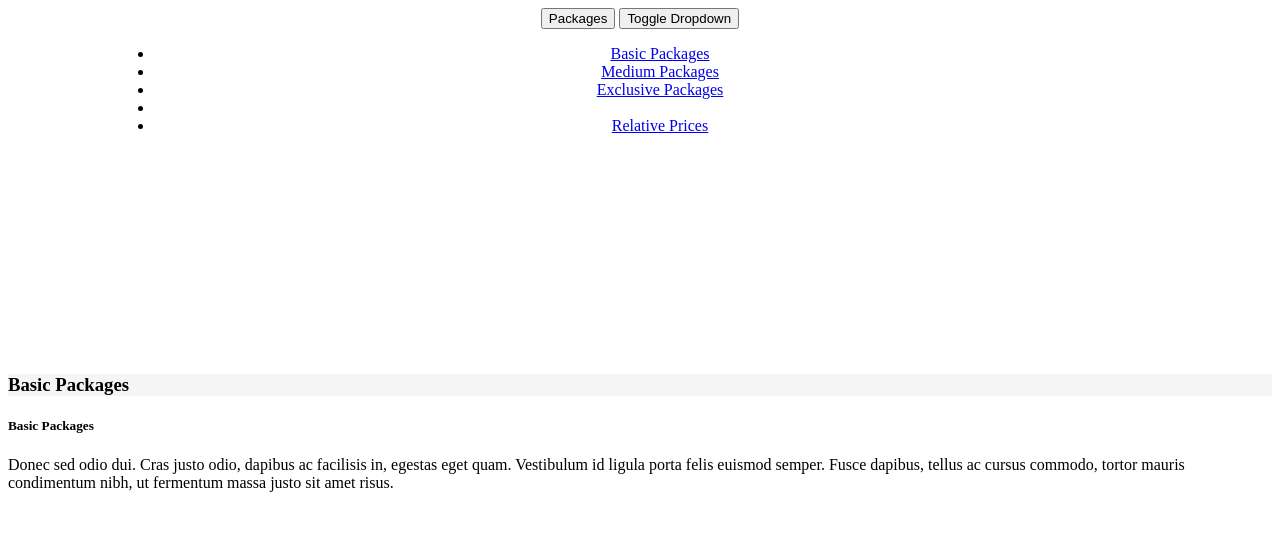
Repository: netaosman/Price-try-course
Page: prixceFrontEnd/src/main/webapp/Prixce_FrontEnd/HTML/Market/pricesPack/BasicPackages.html
An editor plug-in stored every save of this project. The page is shown before and after the next save, followed by the edit.
The browser window is 1280 px wide. The pictures show the whole page.

Above is the page before, as saved 2017-09-23 23:39:36.

After the next save:
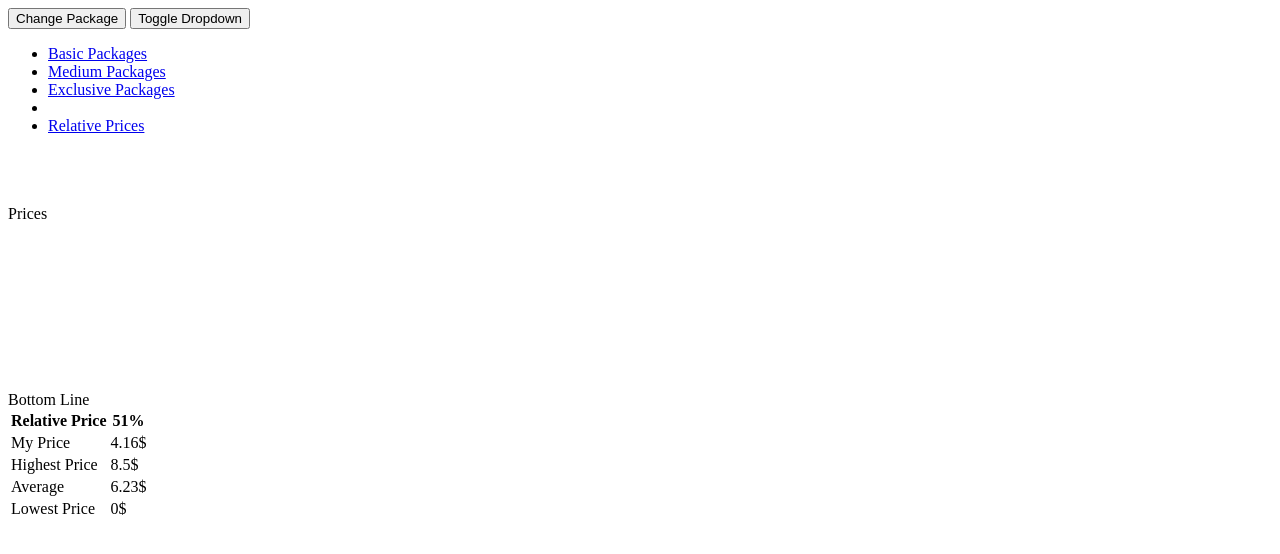
Saved 4 min 15 s later.
--- a/prixceFrontEnd/src/main/webapp/Prixce_FrontEnd/HTML/Market/pricesPack/BasicPackages.html
+++ b/prixceFrontEnd/src/main/webapp/Prixce_FrontEnd/HTML/Market/pricesPack/BasicPackages.html
@@ -1,14 +1,15 @@
+
 <div class="container-fluid">
-	<div class="dropdown" align="center">
+	<div class="dropdown">
 		<!-- Split button -->
 		<div class="btn-group">
-			<button type="button" class="btn btn-default btn-lg">Packages</button>
-			<button type="button" class="btn btn-default btn-lg dropdown-toggle"
+			<button type="button" class="btn btn-default">Change Package</button>
+			<button type="button" class="btn btn-default dropdown-toggle"
 				data-toggle="dropdown" aria-haspopup="true" aria-expanded="false">
 				<span class="caret"></span> <span class="sr-only">Toggle
 					Dropdown</span>
 			</button>
-			<ul class="dropdown-menu" style="width: 80%">
+			<ul class="dropdown-menu">
 				<li><a href="#/BasicPackages">Basic Packages</a></li>
 				<li><a href="#/MedPackages">Medium Packages</a></li>
 				<li><a href="#/HighPackages">Exclusive Packages</a></li>
@@ -17,29 +18,65 @@
 			</ul>
 		</div>
 	</div>
-	<br> <br> <br>
 	<div class="row">
-		<div class="col-lg-8 col-md-8 col-sm-12"
-			ng-controller="PricesBasicCtrl">
-			<div class="card card-2">
-				<canvas id="base" class="chart-horizontal-bar" chart-data="data"
-					chart-labels="labels" chart-colors="colors";>
-                    </canvas>
-			</div>
-		</div>
-		<div class="col-lg-4 col-md-4 col-sm-12">
-			<div class="card card-2">
-				<div class="card-header" style="background-color: #f5f5f5">
-					<h3>Basic Packages</h3>
+		<div class="col-sm-9 col-sm-offset-3 col-md-10 col-md-offset-2 main">
+			<section class="row text-center placeholders">
+				<br> <br> <br>
+				<div class="col-xs-12 col-md-8" ng-controller="PricesBasicCtrl">
+					<div class="panel panel-default-1">
+						<div class="panel-heading">Prices</div>
+						<div class="panel-body">
+							<!-- <div class="panel-title">Prices</div> -->
+							<br>
+							<canvas id="base" class="chart-horizontal-bar" chart-data="data"
+								chart-labels="labels" chart-colors="colors">
+                                </canvas>
+						</div>
+					</div>
 				</div>
-				<div calss="card-block">
-					<h5 class="card-title">Basic Packages</h5>
-					<p class="card-text">Donec sed odio dui. Cras justo odio,
-						dapibus ac facilisis in, egestas eget quam. Vestibulum id ligula
-						porta felis euismod semper. Fusce dapibus, tellus ac cursus
-						commodo, tortor mauris condimentum nibh, ut fermentum massa justo
-						sit amet risus.</p>
+				<div class="col-xs-12 col-md-4">
+					<div class="panel panel-default-1">
+						<div class="panel-heading">Bottom Line</div>
+						<div class="panel-body">
+							<table class="table">
+								<thead>
+									<tr>
+										<th class="relative">Relative Price</th>
+										<th class="relative-price">51%</th>
+									</tr>
+								</thead>
+								<tbody>
+									<tr>
+										<td class="title-prices"><span
+											class="glyphicon glyphicon-hand-right" aria-hidden="true"></span>
+											My Price</td>
+										<td class="prices">4.16$</td>
+									</tr>
+									<tr>
+										<td class="title-prices"><span
+											class="glyphicon glyphicon-hand-up" aria-hidden="true"></span>
+											Highest Price</td>
+										<td class="prices">8.5$</td>
+									</tr>
+									<tr>
+										<td class="title-prices"><span
+											class="glyphicon glyphicon-hand-left" aria-hidden="true"></span>
+											Average</td>
+										<td class="prices">6.23$</td>
+									</tr>
+									<tr>
+										<td class="title-prices"><span
+											class="glyphicon glyphicon-thumbs-down" aria-hidden="true"></span>
+											Lowest Price</td>
+										<td class="prices">0$</td>
+									</tr>
+								</tbody>
+
+							</table>
+						</div>
+					</div>
 				</div>
-			</div>
+			</section>
 		</div>
 	</div>
+</div>
